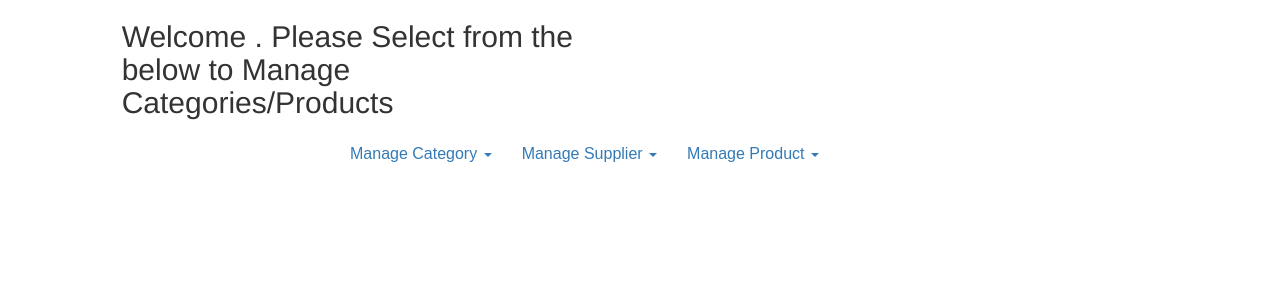
Repository: KaustubhKamat/ShoppingCartProject
Page: http://localhost/NewShoppingCart/WEB-INF/views/Admin_home.jsp
An editor plug-in stored every save of this project. The page is shown before and after the next save, followed by the edit.
The browser window is 1280 px wide. The pictures show the whole page.
Some web libraries are served in a nearby version. The page is served by Tomcat 9. Nobody is signed in. The template is opened directly, without the code that normally fills it, so the values that code supplies are empty.

Above is the page before, as saved 2017-02-06 06:40:47.

After the next save:
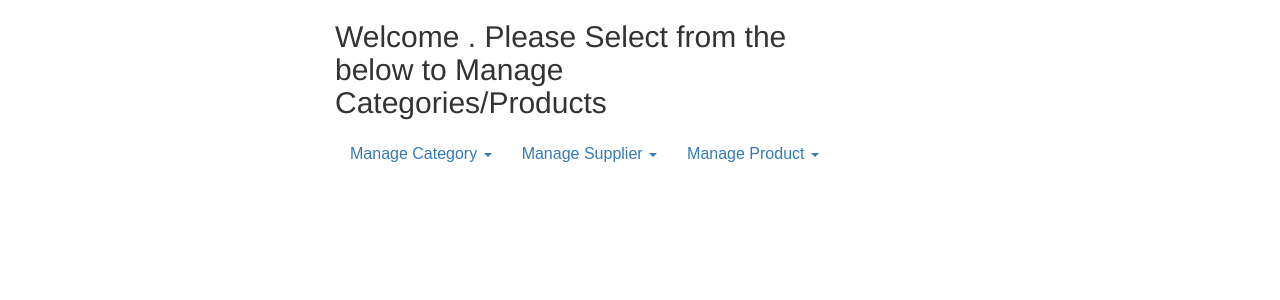
Saved 11 s later.
--- a/NewShoppingCart/src/main/webapp/WEB-INF/views/Admin_home.jsp
+++ b/NewShoppingCart/src/main/webapp/WEB-INF/views/Admin_home.jsp
@@ -24,7 +24,7 @@ a {
 </head>
 <body>
 
-<div class="col-md-5 col-md-offset-1">
+<div class="col-md-5 col-md-offset-3">
 <h2>Welcome ${LoggedInUser}. Please Select from the below to Manage Categories/Products</h2>
 </div>
 	<div id="AdminHome">
